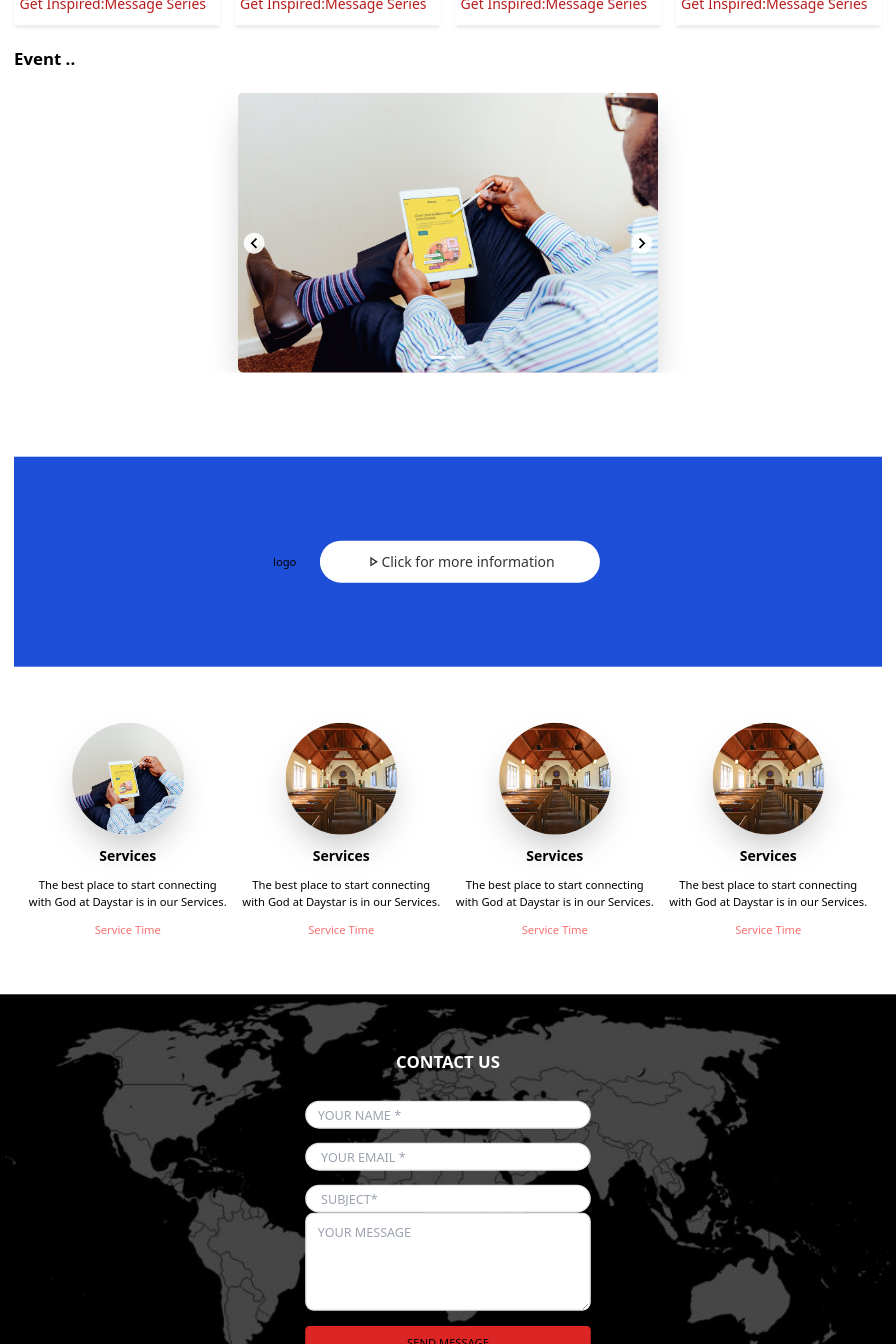
Repository: hisreal123/godschamber
Page: /
The author's editor kept a copy of each file at every save. The page is drawn from the files as they stood at one save, then again after the next save.
The browser window is 1280 px wide. The pictures show the part of the page from y = 1579 to 3499 px (the page is 3499 px tall), at 70% of full size.
The project was rebuilt for these pictures with package versions that can differ from the ones it lists, and the page was loaded fresh each time. The framework's server and built-in components were replaced by stand-ins that run in the browser. Also part of the build but not shown: next.config.js.

Above is the page before, as saved 2023-03-31 17:47:08.

### src/app/layout.tsx
import './globals.css'


export const metadata = {
  title: 'Welcome to Godschambers e-church ',
  description: 'Get closer to Your father ',
}

export default function RootLayout({
  children,
}: {
  children: React.ReactNode
}) {
  return (
    <html lang="en">
      <body>
        {children}
      </body>
    </html>
  )
}

### src/app/page.tsx
"use client"
import React, { lazy, useState } from 'react'
import { Inter } from 'next/font/google'


// context
import { SideBarContext } from './components/context/SidebarContext'


// Font
const inter = Inter({ subsets: ['latin'] })

// LazyLoading
const Header = lazy(() => import('./components/Header'))
const Sidebar = lazy(() => import('./components/Sidebar'))
const Banner = lazy(() => import('./components/Banner'))
const Quote = lazy(() => import('./components/Quote'))
const HopeCards = lazy(() => import('./components/HopeCards'))
const Events = lazy(() => import('./components/Events'))
const More = lazy(() => import('./components/More'))
const ContactUs = lazy(() => import('./components/ContactUs'))


// Export....
export default function Home() {

  const [Open, setOpen] = useState(false)

  return (
    <main className="w-screen overflow-hidden relative">
      <SideBarContext.Provider value={{ Open, setOpen }}>
        <Header />
        <Sidebar />
      </SideBarContext.Provider>
      <Banner />
      <Quote />
      <HopeCards />
      <Events />
      <More />
      <ContactUs />
    </main>
  )
}

### src/app/globals.css
@tailwind base;
@tailwind components;
@tailwind utilities;


/* slider Components*/

### src/app/components/context/SidebarContext.tsx
import { createContext } from "react";


 type SideBarProps  = {
    Open: boolean
    setOpen :  any
}

export const SideBarContext = createContext( {} as  SideBarProps)

### src/app/components/Header.tsx
import { SideBarNav } from './SideBarNav';
import React, { useState, useEffect, useContext } from 'react'
import { SideBarContext } from './context/SidebarContext'
import { menuIcon } from './SvgIcons/SvgIcons'
import { motion } from 'framer-motion'

export default function Header() {

  const [scrollY, setScrollY] = useState(0)
  const { Open, setOpen } = useContext(SideBarContext)
  const toggleSideBar = () => setOpen(!Open)


  useEffect(() => {
    const handleScroll = () => {
      setScrollY(window.scrollY);
    }

    window.addEventListener("scroll", handleScroll);

    return () => {
      window.removeEventListener("scroll", handleScroll);
    };
  }, [])

  const backgroundColor = scrollY > 100 ? 'bg-indigo-500' : 'transparent';

  return (
    <div
      className={` ${backgroundColor} transition h-20 transparent fixed w-screen drop-shadow-lg z-20`}>
      <div className="container px-10 md:px-0 h-full mx-auto flex justify-between items-center">

        {/* logo here*/}
        <a className="" href="#">logo</a>

        {/* menu Links */}
        <SideBarNav toggleSideBar={toggleSideBar} style='hidden px-10 py-16 bg-gray-800 z-10
            md:relative md:flex md:p-0 md:bg-transparent md:flex-row md:space-x-6' liStyle='md:text-xs' />

        <div className="flex items-center md:hidden">
          <button className="text-white text-4xl font-bold opacity-70 hover:opacity-100 duration-300"
            onClick={toggleSideBar}>
            {menuIcon}
          </button>
        </div>
      </div>
    </div>
  )
}

### src/app/components/Sidebar.tsx
import React, { useMemo, useContext, lazy } from 'react'
import { SideBarContext } from './context/SidebarContext'
import { SideBarNav } from './SideBarNav'
// import { motion } from 'framer-motion'

export default function Sidebar() {

  const { Open, setOpen } = useContext(SideBarContext)
  const toggleSideBar = () => setOpen(!Open)

  return (
    <div
      className="wrapper md:hidden transition ">
      <div

        className={Open ? " transition w-1/2 bg-slate-400 fixed top-0 bottom-0 right-0 shadow-lg z-[100]" : 'hidden '}>
        <SideBarNav toggleSideBar={toggleSideBar} style='relative h-screen bg-gradient-to-r from-violet-600 via-violet-600 to-indigo-600 w-full pt-20' liStyle=' inline-block  p-2  mt-1 text-xs w-full font-lighter opacity-2  ' />
      </div>

      {/* overlay */}
      <div className={Open ? " h-screen bg-black bg-opacity-50 z-10 fixed w-screen top-0 " : 'hidden '} onClick={toggleSideBar}></div>
    </div>
  )
}

### src/app/components/Banner.tsx
import { ClickButton } from './ClickButton';
import React from 'react'
import VideoPlayer from './VideoBackground'
import { motion as m } from 'framer-motion'

import { Watch, location } from './SvgIcons/SvgIcons'
import { BannerPlace } from './animation/animations';

export default function Banner() {
  return (
    <>
      <div className="wrapper h-screen">
        <div className="absolute flex items-center h-screen w-screen justify-center">
          <div className="wrap">

            <div className="text text-white text-center ">
              <m.h1
                variants={BannerPlace}
                initial="hide"
                animate="show"
                transition={{ duration: 2.5, type: "spring", stiffness: 100 }}
                className='text-4xl md:text-6xl font-light mb-5 md:mb-6 '>
                A PLACE FOR YOU
              </m.h1>
              <div className="desc mb-8 text-md md:text-2xl"> Join us this weekend </div>
            </div>

            <div className="btn flex flex-col md:flex-row md:items-center  md:space-x-2 md:w-[500px] md:mx-auto ">
              <ClickButton icon={location} title='Find a location' href="/" style=" flex  items-center justify-center space-x-5 rounded-full bg-red-600 hover:bg-red-800 text-white py-2 px-2 text-center md:w-[70%] md:mx-auto md:py-4 md:px-5  md:space-x-0 md:text-sm" />
              <ClickButton icon={Watch} title='Find a location' href="/" style=" flex  items-center justify-center space-x-5 rounded-full bg-red-600 hover:bg-red-800 text-white py-2 px-2 text-center mt-5 md:w-[70%] md:text-xl md:mx-auto md:mt-0 md:mx-auto md:py-4 md:px-5 md:space-x-0 md:text-sm" />
            </div>
          </div>
        </div>
        <VideoPlayer />
      </div>
    </>
  )
}

### src/app/components/Quote.tsx
import React from 'react'
export default function Quote() {
  return (
    <>
      <div className="container mx-auto py-10 text-center  md:py-14 relative -z-50 md:w-3/4">
        <h2 className='mb-5 md:text-3xl font-bold'> WELCOME TO THE CHURCH</h2>

        <div className="welcomeMessage px-5 flex flex-col ">
          <span className='text-4xl font-bold text-gray-500 md:text-6xl self-start '>
            &quot;
          </span>
          <p className='text-xs md:text-lg '>
            God has given us a mandate to raise role models, and He has indeed been faithful, backing our dedication and hard work with a great harvest of transformed lives. It is top priority for us that you partake of wholesome worship, edifying messages to build you up and positive interactions. We invite you to tour our website and get to know us a bit better - our service times, locations and membership. There are also links should you wish to support our ministry by giving. We look forward to having the pleasure of hosting you and your family soon, either in person at one of our campuses or virtually.
            In Christ, <b>Sam & Nike Adeyemi.</b>
          </p>
          <span className='text-4xl font-bold text-gray-500 md:text-6xl self-end '>
            &quot;
          </span>

        </div>

      </div>
    </>
  )
}

### src/app/components/HopeCards.tsx
import React, { lazy } from 'react'


const Cards = lazy(() => import('./CardsComponents'))

export default function HopeCards() {
  return (
    <>
      <div className="wrapper  relative z-0">
        <div className="Container px-5">

          <div className="top text-center">
            <h1 className='text-lg md:text-lg lg:text-xl font-bold mb-3'>HOPE FOR TODAY</h1>
            <p className=' italic font-light text-gray-500'>Inspiring resources to become a better you.</p>
          </div>
          <div className="CardWrapper grid grid-cols-1 gap-5 md:grid-cols-2 lg:grid-cols-4 mt-5">
            <Cards imgSrc="/assets/img1.jpg" text="Get Inspired:Message Series" alt=" Get inspired" mainStyle="flex flex-col bg-white overflow-hidden  w-full shadow-md" topStyle='' btmStyle=' py-4  px-2 ' textStyle='text-md text-red-700 md:text-lg lg:text-xl' />
            <Cards imgSrc="/assets/img2.jpg" text="Get Inspired:Message Series" alt=" Get inspired" mainStyle="flex flex-col bg-white overflow-hidden  w-full shadow-md" topStyle='' btmStyle=' py-4  px-2 ' textStyle='text-md text-red-700 md:text-lg lg:text-xl' />
            <Cards imgSrc="/assets/img3.jpg" text="Get Inspired:Message Series" alt=" Get inspired" mainStyle="flex flex-col bg-white overflow-hidden  w-full shadow-md" topStyle='' btmStyle=' py-4  px-2 ' textStyle='text-md text-red-700 md:text-lg lg:text-xl' />
            <Cards imgSrc="/assets/img4.jpg" text="Get Inspired:Message Series" alt=" Get inspired" mainStyle="flex flex-col bg-white overflow-hidden  w-full shadow-md" topStyle='' btmStyle=' py-4  px-2 ' textStyle='text-md text-red-700 md:text-lg lg:text-xl' />
          </div>
        </div>
      </div>
    </>
  )
}

### src/app/components/Events.tsx
import React from 'react'
import Carousel from './Carousel/Carousel'

export default function Events() {
    return (
        <>
            <section className='Container px-5'>
                <h1 className="my-8 font-bold text-2xl "> Event ..</h1>

                <div className="Carousel-ShowCase">
                    <Carousel />
                </div>
            </section>
        </>
    )
}

### src/app/components/ContactUs.tsx
import React from 'react'

export default function ContactUs() {
    return (
        <>
            <section className=" bg-[url('/assets/map_black.jpeg')] bg-cover bg-no-repeat bg-top px-5 py-10 h-[500px] ">
                <h1 className='text-center my-10 text-white font-bold  text-2xl'>CONTACT US </h1>

                <form action="" className=' flex flex-col md:flex-row'>
                    <div className=' mg:w-[60%] md:m-auto '>
                        <div className=""></div>
                        <div className="flex flex-col justify-center space-y-5">
                            <input type="text" placeholder='YOUR NAME *' className='text-sm rounded-3xl px-4 py-1 hover:first-letter:border-red-300 border-2 outline-none md:text-md lg:text-lg' />
                            <input type="email" placeholder=' YOUR EMAIL *' className='text-sm rounded-3xl px-4 py-1 hover:first-letter:border-red-300 border-2 outline-none md:text-md lg:text-lg' />
                            <input type="text" placeholder=' SUBJECT*' className='text-sm rounded-3xl px-4 py-1 hover:first-letter:border-red-300 border-2 outline-none md:text-md lg:text-lg' />
                        </div>
                        <textarea placeholder='YOUR MESSAGE' className='text-sm rounded-xl px-4 py-3 hover:first-letter:border-red-300 border-2 outline-none mt-5 md:mt-0 md:text-md lg:text-lg mx-auto w-full' rows={4} />

                        <button type='submit' className='rounded-md bg-red-600 hover:bg-red/60  px-4 py-3 w-full mt-4 mb-5 '>SEND MESSAGE</button>
                    </div>
                </form>

            </section>
        </>
    )
}

### src/app/components/SideBarNav.tsx
import React from "react";
import {home,
    Contact,
    Watch,
    Care,
    Give,
    Blog} from './SvgIcons/SvgIcons'

type SideBarNavProps = {
    toggleSideBar : () => { }
    style?:  string
    liStyle? : string
}

export function SideBarNav({liStyle, style, toggleSideBar}: SideBarNavProps) {
  return <div className="">
    <ul className={` ${style} `}>

        <li>
            <a className={`${liStyle} flex items-center  text-white opacity-70 hover:opacity-100 duration-300`} href="#">
                <span className="font-light mr-2  ">
                {home}
                </span>
                ABOUT</a>
        </li>
        <li>
            <a className={`${liStyle} flex items-center  text-white opacity-70 hover:opacity-100 duration-300`} href="#">
            <span className="font-light mr-2  ">
                {Contact}
                </span>
                CONNECT</a>
        </li>
        <li>
            <a className={`${liStyle} flex items-center  text-white opacity-70 hover:opacity-100 duration-300`} href="#">
            <span className="font-light mr-2  ">
                {Watch}
                </span>
                WATCH</a>
        </li>

        <li>
            <a className={`${liStyle} flex items-center  text-white opacity-70 hover:opacity-100 duration-300`} href="#">
            <span className="font-light mr-2  ">
                {Care}
                </span>
                CARE</a>
        </li>

        <li>
            <a className={`${liStyle} flex items-center  text-white opacity-70 hover:opacity-100 duration-300`} href="#">
            <span className="font-light mr-2  ">
                {Give}
                </span>
                GIVE</a>
        </li>
        <li>
            <a className={`${liStyle} flex items-center  text-white opacity-70 hover:opacity-100 duration-300`} href="#">
            <span className="font-light mr-2  ">
                {Blog}
                </span>
                BLOG</a>
        </li>

        </ul>
    </div>
}

### src/app/components/ClickButton.tsx
import React from "react";


type clickButton = {
  style: string
  title : string
  href: string
  icon?: string | any}


export function ClickButton({icon, style, title, href}  : clickButton) {
  return <>
    <a href={href} className={`${style}`}>
      {icon  ? (
        <>
          <span>
            {icon}
          </span>
          <p>{title}</p>
        </>
      ) : ( `
        ${title}
      `)}
    </a>
    {/* <a href="" className=""> Watch Online</a> */}
  </>;
}

### src/app/components/VideoBackground.tsx
import { useState } from 'react'

const VideoPlayer = () => {


  return (
    <div className='vBackground'>
      <video
         src="./assets/churchVideo.mp4"
         className="h-screen w-screen object-cover"
         loop
         autoPlay
         muted
      />
    </div>
  )
}

export default VideoPlayer

### src/app/components/animation/animations.ts



export const BannerPlace = {
    hide: {  y: 4 ,opacity: 0,scale: 0},
    show: {
        y: 0,
        opacity: 1,
        scale: 1,
        transition: {
          duration: 0.2,
          staggerChildren: 0.2
        }
      }
}

### src/app/components/CardsComponents.tsx
import Image from 'next/legacy/image'
import Link from 'next/link';
import React from 'react'


const ImageStyle = {
  height: ' 100%',
  width: ' 100%'
};

type CardComponentProps = {
  text: string
  desc?: string
  imgSrc: string
  mainStyle: string
  topStyle?: string
  btmStyle?: string,
  textStyle: string,
  alt?: string
  href?: string
  hrefTitle?: string
  descStyle?: string
  hrefStyle?: string
}
export default function CardsComponents({
  text,
  desc,
  imgSrc,
  alt,
  href,
  hrefTitle,
  mainStyle,
  topStyle,
  btmStyle,
  textStyle,
  descStyle,
  hrefStyle,
}: CardComponentProps) {

  return (
    <>
      <Link href="#" >
        <div className={`${mainStyle} container`}>
          <div className={`${topStyle} top`}>
            <Image
              src={imgSrc}
              alt={alt}
              height={100}
              width={100}
              layout="responsive"
              objectFit='cover'
              objectPosition="center"
            />
          </div>
          <div className={`${btmStyle} btm`} >
            <h3 className={`${textStyle} btm`}>{text}</h3>
            {desc ? (<p className={descStyle}>{desc}</p>) : null}
            {href ? (<a href={href} className={hrefStyle}>{hrefTitle}</a>) : null}
          </div>
        </div>
      </Link>
    </>
  )
}

### src/app/components/Carousel/Carousel.tsx
import React from 'react'
import Image from 'next/legacy/image'
import { left } from '../SvgIcons/SvgIcons'

const imageData = [
    {
        title: ' First',
        imgSrc: '/assets/img1.jpg'
    },
    {
        title: ' Second',
        imgSrc: '/assets/img2.jpg'
    },
]



export default function Carousel() {



    const [current, setCurrent] = React.useState(0)

    const swipleft = () => {
        const isFirst = current === 0;
        const newIndex = isFirst ? imageData.length - 1 : current - 1;
        setCurrent(newIndex)
    }
    const swipRight = () => {
        const isFirst = current === 0;
        const newIndex = isFirst ? imageData.length - 1 : current - 1;
        setCurrent(newIndex)
    }

    // React.useEffect(() => {
    // setInterval(() => {
    /*  const isFirst = current === 0;
     const newIndex = isFirst ? imageData.length - 1 : current - 1;
     setCurrent(newIndex) */
    // }, 3000)
    // }, [current, setCurrent])


    return (
        <>
            <section className=' overflow-hidden mb-10' >
                <div className=" h-[400px] md:w-[600px] mx-auto  imgWrapper  relative min:h-full  md:m-auto rounded-lg  bg-red-200">
                    <div className='relative h-full rounded-lg overflow-hidden shadow-2xl'>
                        <Image
                            key={current}
                            src={imageData[current].imgSrc}
                            alt=" image 1"
                            height={100}
                            width={100}
                            layout="fill"
                            objectFit='cover'
                            objectPosition="center"
                        />

                        <span className='text-xl cursor-pointer absolute z-10 top-1/2 bg-white/90 rounded-full ml-2' onClick={swipleft}>{left}</span>
                        <span className='text-xl cursor-pointer absolute z-10 top-1/2 bg-white/90 rounded-full mr-2 right-0 rotate-180' onClick={swipRight}>{left}</span>

                        {/* navigator */}
                        <div className="navigatio absolute bottom-5 flex justify-center space-x-2 w-full">
                            {imageData.map((img, index) => (
                                <div key={index}
                                    onClick={swipleft}
                                    className={`${index == current ? ' bg-white h-1 w-5 ' : ' bg-white/70 h-1 w-5'} `}></div>
                            ))}
                        </div>
                    </div>

                </div>
            </section>
        </>
    )
}

Loaded but not shown: tailwind.config.js (18 lines, source omitted); src/app/components/SvgIcons/SvgIcons.tsx (22 lines, source omitted); src/app/components/More.tsx (91 lines, source omitted)

After the next save:
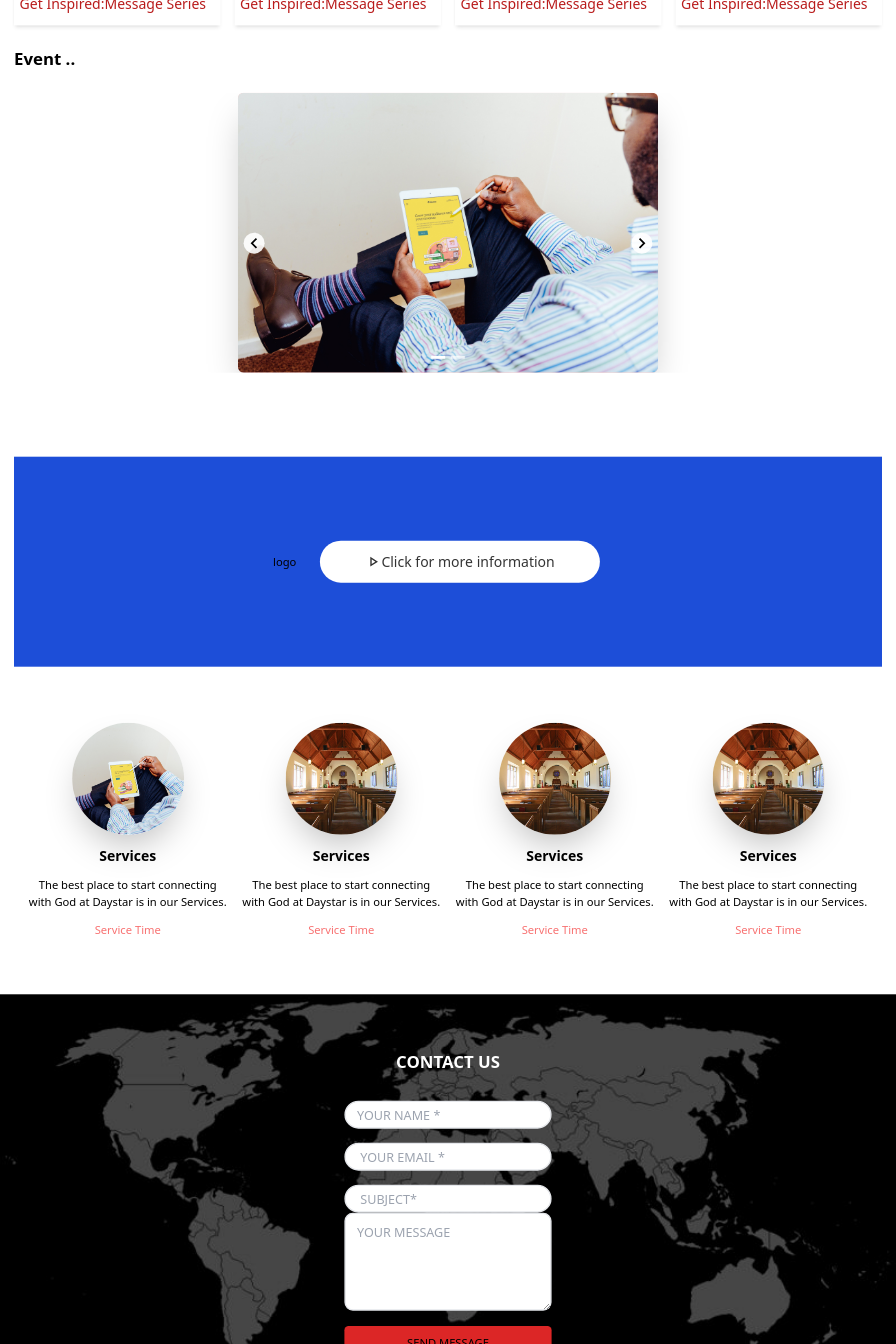
Saved 5 s later.
--- a/src/app/components/ContactUs.tsx
+++ b/src/app/components/ContactUs.tsx
@@ -8,13 +8,15 @@ export default function ContactUs() {
 
                 <form action="" className=' flex flex-col md:flex-row'>
                     <div className=' mg:w-[60%] md:m-auto '>
-                        <div className=""></div>
-                        <div className="flex flex-col justify-center space-y-5">
-                            <input type="text" placeholder='YOUR NAME *' className='text-sm rounded-3xl px-4 py-1 hover:first-letter:border-red-300 border-2 outline-none md:text-md lg:text-lg' />
-                            <input type="email" placeholder=' YOUR EMAIL *' className='text-sm rounded-3xl px-4 py-1 hover:first-letter:border-red-300 border-2 outline-none md:text-md lg:text-lg' />
-                            <input type="text" placeholder=' SUBJECT*' className='text-sm rounded-3xl px-4 py-1 hover:first-letter:border-red-300 border-2 outline-none md:text-md lg:text-lg' />
+                        <div className="">
+
+                            <div className="flex flex-col justify-center space-y-5">
+                                <input type="text" placeholder='YOUR NAME *' className='text-sm rounded-3xl px-4 py-1 hover:first-letter:border-red-300 border-2 outline-none md:text-md lg:text-lg' />
+                                <input type="email" placeholder=' YOUR EMAIL *' className='text-sm rounded-3xl px-4 py-1 hover:first-letter:border-red-300 border-2 outline-none md:text-md lg:text-lg' />
+                                <input type="text" placeholder=' SUBJECT*' className='text-sm rounded-3xl px-4 py-1 hover:first-letter:border-red-300 border-2 outline-none md:text-md lg:text-lg' />
+                            </div>
+                            <textarea placeholder='YOUR MESSAGE' className='text-sm rounded-xl px-4 py-3 hover:first-letter:border-red-300 border-2 outline-none mt-5 md:mt-0 md:text-md lg:text-lg mx-auto w-full' rows={4} />
                         </div>
-                        <textarea placeholder='YOUR MESSAGE' className='text-sm rounded-xl px-4 py-3 hover:first-letter:border-red-300 border-2 outline-none mt-5 md:mt-0 md:text-md lg:text-lg mx-auto w-full' rows={4} />
 
                         <button type='submit' className='rounded-md bg-red-600 hover:bg-red/60  px-4 py-3 w-full mt-4 mb-5 '>SEND MESSAGE</button>
                     </div>
